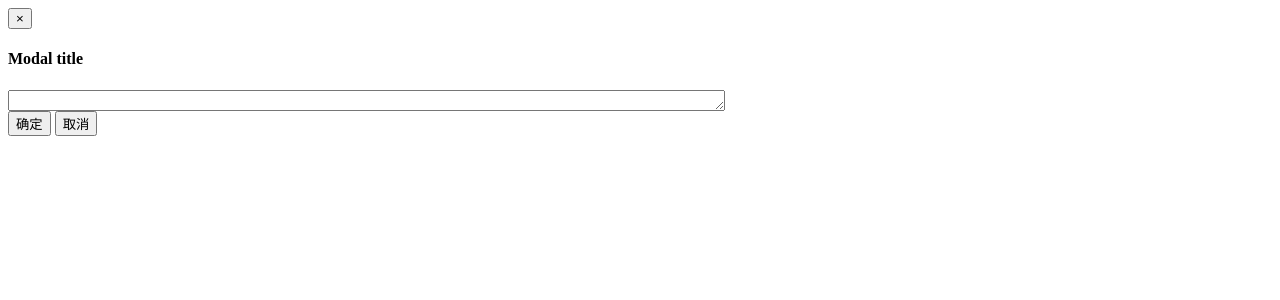
Repository: debug404/all
Page: work2/WebContent/modal.html
These files come from the project's save history. The page is drawn as it stood at one moment and after the next save; the edit follows.
The browser window is 1280 px wide. The pictures show the whole page.

Above is the page before, as saved 2015-11-18 08:32:27.

After the next save:
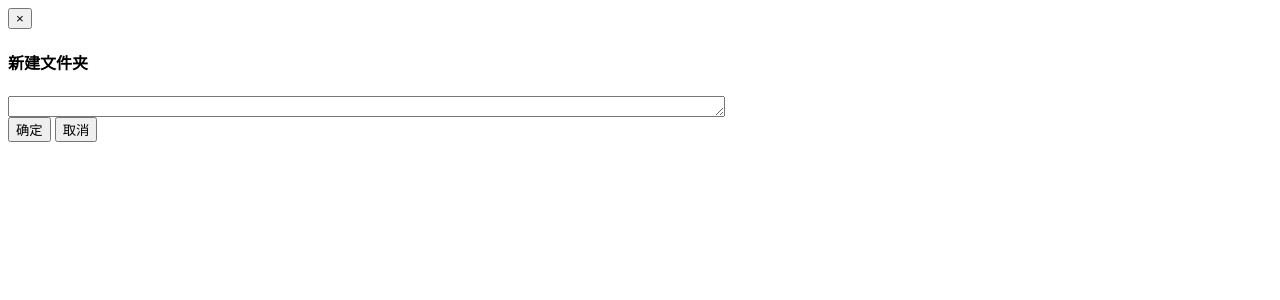
Saved 21 s later.
--- a/work2/WebContent/modal.html
+++ b/work2/WebContent/modal.html
@@ -3,7 +3,7 @@
 
 	<button type="button" class="close" data-dismiss="modal" aria-label="Close"><span aria-hidden="true">&times;</span></button>
 
-	<h4 class="modal-title">Modal title</h4>
+	<h4 class="modal-title">新建文件夹</h4>
 
 </div>
 <div class="modal-body">
